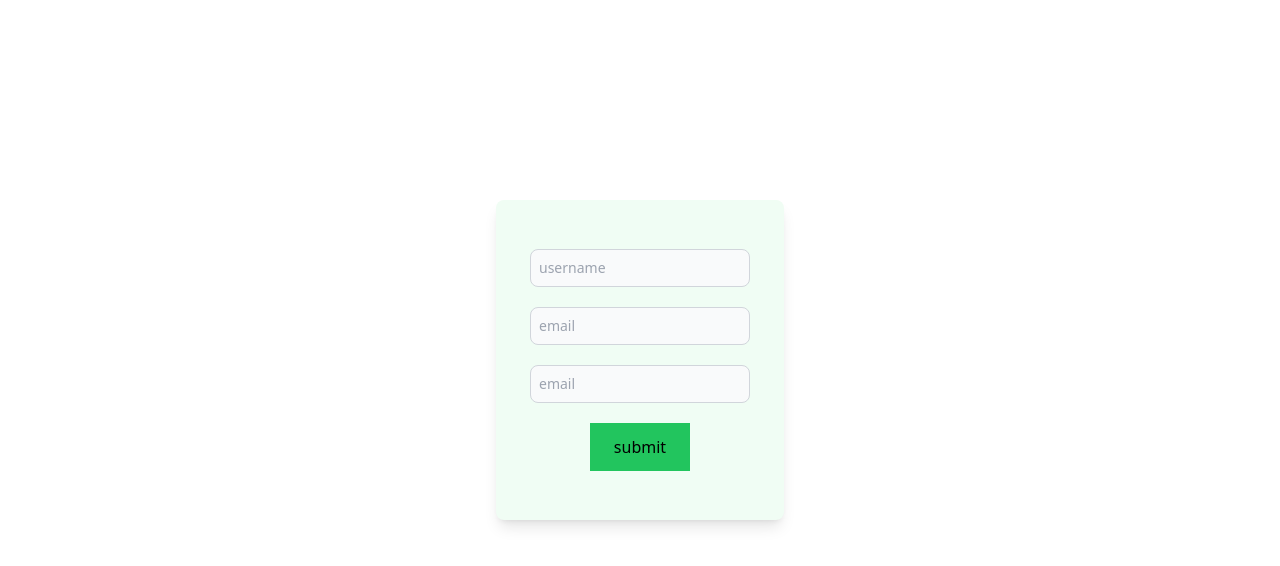
Repository: Emy-gold/alx-fe-reactjs
Page: / (app in form-handling-react/)
These files come from the project's save history. The page is drawn as it stood at one moment and after the next save; the edit follows.
The browser window is 1280 px wide. The pictures show the whole page.
The project was rebuilt for these pictures with package versions that can differ from the ones it lists, and the page was loaded fresh each time. Also part of the build but not shown: form-handling-react/vite.config.js.

Above is the page before, as saved 2025-08-22 22:01:37.

After the next save:
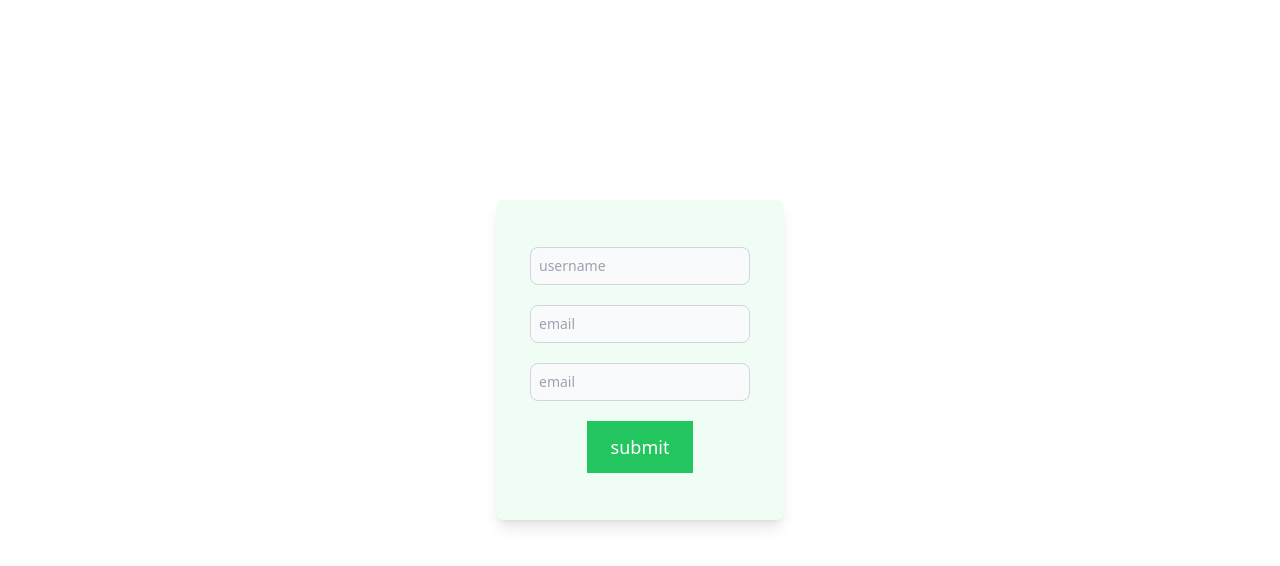
Saved 35 s later.
--- a/form-handling-react/src/components/RegistrationForm.jsx
+++ b/form-handling-react/src/components/RegistrationForm.jsx
@@ -42,7 +42,7 @@ function RegistrationForm() {
                     placeholder='email'
                     className='bg-gray-50 border border-gray-300 text-gray-900 text-sm p-2 rounded-lg mb-5'
                 />
-                <button type='submit' className='bg-green-500 py-3 px-6'>submit</button>
+                <button type='submit' className='bg-green-500 py-3 px-6 text-white text-lg'>submit</button>
             </form>
         </div>
     )
